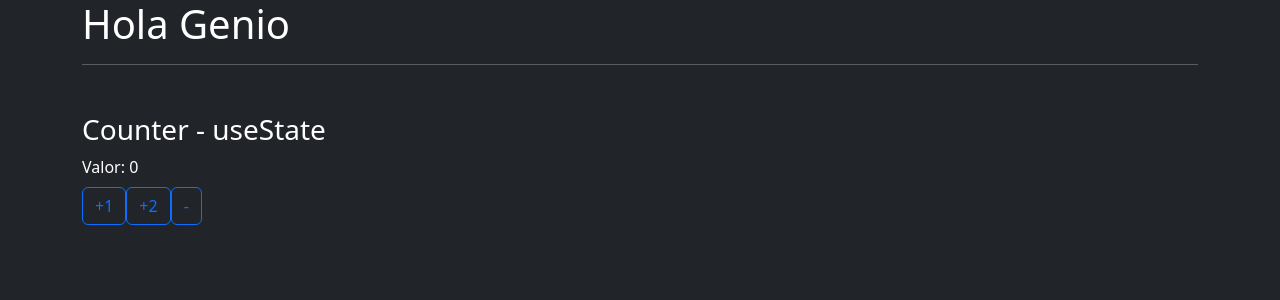
Repository: ChristianGecchelin/Typescript-Course1
Page: /
An editor plug-in stored every save of this project. The page is shown before and after the next save, followed by the edit.
The browser window is 1280 px wide. The pictures show the whole page.
The project was rebuilt for these pictures with package versions that can differ from the ones it lists, and the page was loaded fresh each time.

Above is the page before, as saved 2022-08-16 13:11:54.

After the next save:
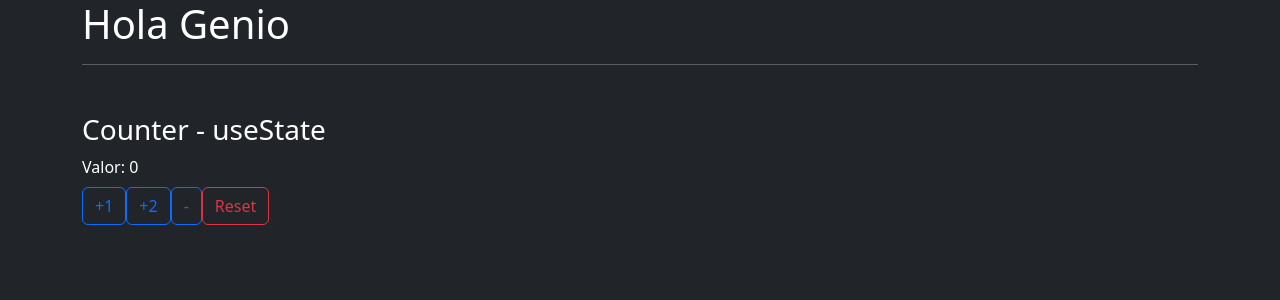
Saved 5 min 45 s later.
--- a/src/components/Counter.tsx
+++ b/src/components/Counter.tsx
@@ -9,6 +9,9 @@ export const Counter = () => {
   const decrementar = (): void => {
     setCounter(counter - 1);
   };
+  const reset =():void=>{
+    setCounter(0)
+  }
   return (
     <div className="mt-5">
       <h3>Counter - useState</h3>
@@ -23,6 +26,7 @@ export const Counter = () => {
       <button className="btn btn-outline-primary mt-2" onClick={decrementar}>
         -
       </button>
+      <button className="btn btn-outline-danger mt-2" onClick={reset}>Reset</button>
     </div>
   );
 };
